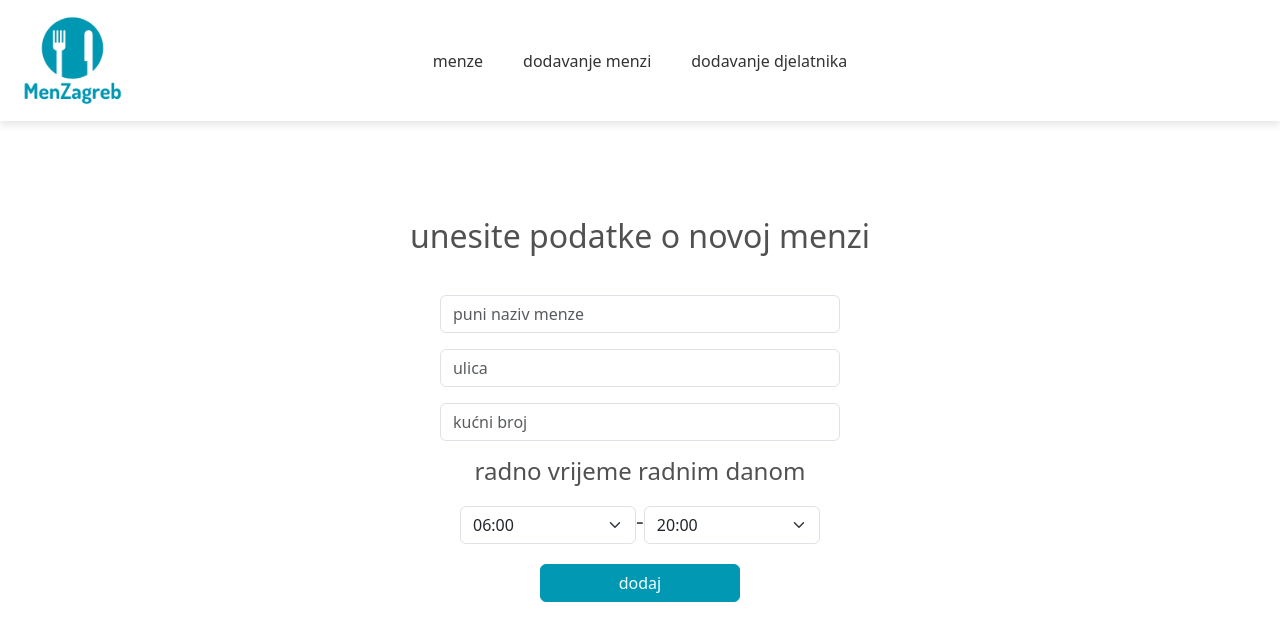
Repository: MENZG/menZg
Page: /admin/dodajMenzu (app in IzvorniKod/)
An editor plug-in stored every save of this project. The page is shown before and after the next save, followed by the edit.
The browser window is 1280 px wide. The pictures show the whole page.
The project was rebuilt for these pictures with package versions that can differ from the ones it lists, and the page was loaded fresh each time. Also part of the build but not shown: IzvorniKod/vite.config.ts, IzvorniKod/src/Components/LoginForm.tsx, IzvorniKod/src/Components/AdminLogin.tsx, IzvorniKod/src/Components/EmployeeLogin.tsx, IzvorniKod/src/Components/NavBar.tsx, IzvorniKod/src/Components/ListaMenza.tsx, IzvorniKod/src/Components/Profil.tsx, IzvorniKod/src/Components/ListaEmployees.tsx and 6 more.

Above is the page before, as saved 2024-11-07 14:10:23.

After the next save:
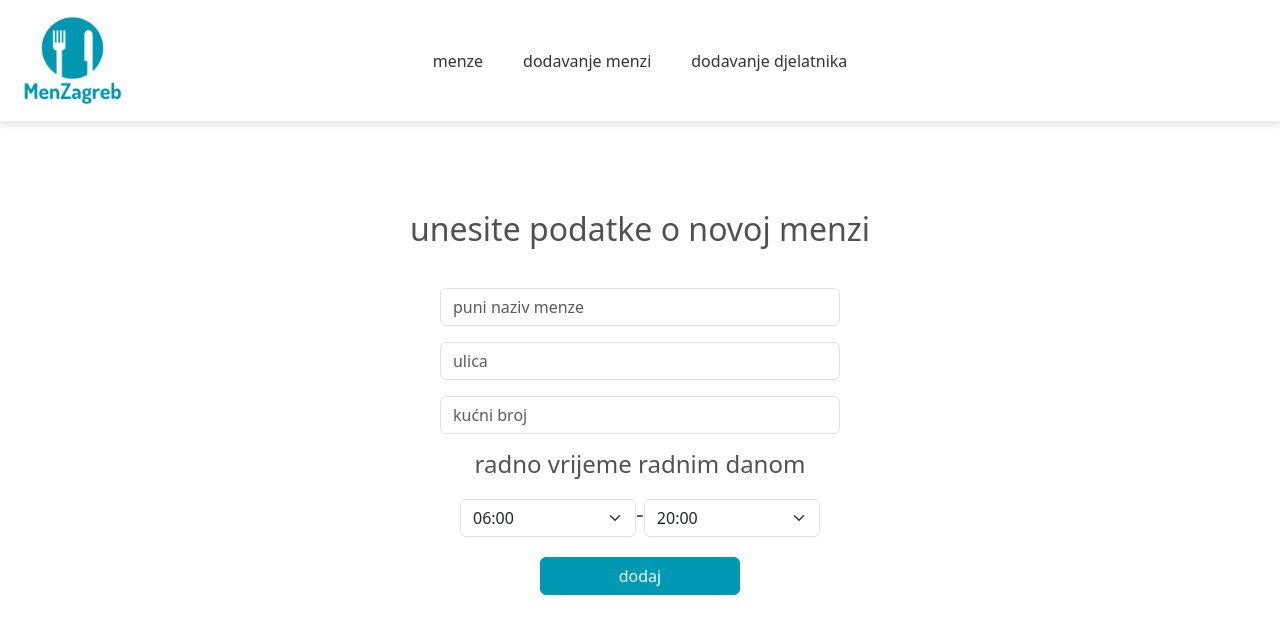
Saved 9 s later.
--- a/IzvorniKod/src/styles/AddMenza.css
+++ b/IzvorniKod/src/styles/AddMenza.css
@@ -4,7 +4,7 @@
     align-items: center; /* Centers the children horizontally */
     justify-content: center; /* Centers the children vertically, if needed */
     text-align: center;
-    padding-top: 16vh;
+    padding-top: 14vh;
 }
 
 .h2{
